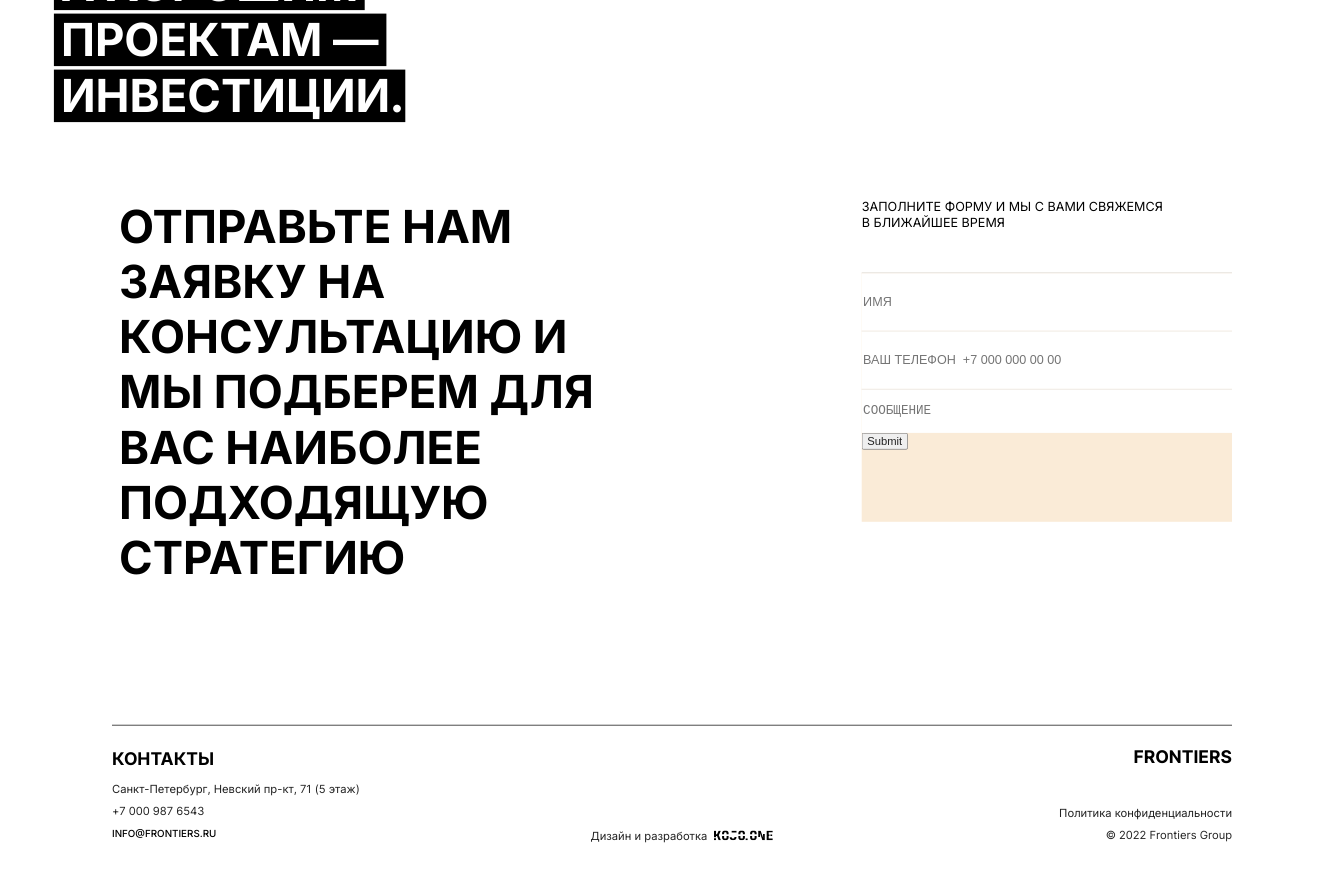
Repository: NadyaKorvin/frontiers
Page: /
An editor plug-in stored every save of this project. The page is shown before and after the next save, followed by the edit.
The browser window is 1280 px wide. The page is 1920 px wide, so the pictures cover 1920 px, including what lies to the right of the window. The pictures show the part of the page from y = 1379 to 2659 px (the page is 2665 px tall), at 70% of full size.
The project was rebuilt for these pictures with package versions that can differ from the ones it lists, and the page was loaded fresh each time.

Above is the page before, as saved 2022-05-23 17:59:01.

### public/index.html
<!DOCTYPE html>
<html lang="en">
  <head>
    <meta charset="utf-8" />
    <link rel="icon" href="%PUBLIC_URL%/favicon.ico" />
    <meta name="viewport" content="width=device-width, initial-scale=1" />
    <meta name="theme-color" content="#000000" />
    <meta name="description" content="Web site created using create-react-app" />
    <link rel="apple-touch-icon" href="%PUBLIC_URL%/logo192.png" />
    <link rel="manifest" href="%PUBLIC_URL%/manifest.json" />
    <link rel="preconnect" href="https://fonts.googleapis.com" />
    <link rel="preconnect" href="https://fonts.gstatic.com" crossorigin />
    <link href="https://fonts.googleapis.com/css2?family=Inter:wght@300;400;500;700&display=swap" rel="stylesheet" />
    <title>FRONTIERS</title>
  </head>
  <body>
    <noscript>You need to enable JavaScript to run this app.</noscript>
    <div id="root"></div>
  </body>
</html>

### src/index.js
import React from "react"
import ReactDOM from "react-dom/client"

import App from "./App"

const root = ReactDOM.createRoot(document.getElementById("root"))
root.render(
  <React.StrictMode>
    <App />
  </React.StrictMode>
)

### src/App.js
import { useState } from "react";
import "./App.css";
import { SecondScreenAnimation } from "./components/secondScreen/SecondScreenAnimation";
import FirstScreenAnimation from "./components/firstScreen/FirstScreenAnimation";
import LastScreenAnimation from "./components/lastScreen/LastScreenAnimation"

function App() {
  const [mousePosition, setMousePosition] = useState("");

  const listenUpperMousePosition = (event) => {
    console.log(event);
    console.log(event.target);
    setMousePosition(event.target);
  };

  return (
    <>
      <FirstScreenAnimation />
      <div className="App">
        <SecondScreenAnimation listenMousePosition={listenUpperMousePosition} />
      </div>
      <LastScreenAnimation />
    </>
  );
}
export default App;

### src/App.css
@import url("./reset.css");
@import url("./components/secondScreen/SecondScreen.css");
@import url("./font/font.css");

body {
  font-family: "Inter";
}

### src/components/secondScreen/SecondScreenAnimation.js
export function SecondScreenAnimation({ listenMousePosition, mousePosition }) {
  let goUp = ""
  const goUpBlackLines = (mousePosition) => {
    if (mousePosition === "animation__text_first_part") {
      goUp = "up"
      return goUp
    }
  }
  goUpBlackLines(mousePosition)
  console.log(goUp)
  return (
    <div className="animation__text_block">
      {goUp != "up" ? (
        <div>
          <div className="animation__text" onMouseOver={listenMousePosition}>
            <p className="animation__text_first_part">Инвесторам сложно найти хорошие проекты,</p>
            <p className="animation__text_second_part">а хорошим проектам — инвестиции.</p>
          </div>
          <div className="animation__black_lines">
            <div className="animation__1th_black_line"></div>
            <div className="animation__2th_black_line"></div>
            <div className="animation__3th_black_line"></div>
          </div>
        </div>
      ) : (
        <div>
          <div className="animation__text" onMouseOver={listenMousePosition}>
            <p className="animation__text_first_part" style={{ color: "#fff" }}>
              Инвесторам сложно найти хорошие проекты,
            </p>
            <p className="animation__text_second_part" style={{ color: "#000" }}>
              а хорошим проектам — инвестиции.
            </p>
          </div>
          <div className="animation__black_lines">
            <div className="animation__1th_black_line" style={{ width: "484px", marginTop: "-475px" }}></div>
            <div className="animation__2th_black_line" style={{ width: "586px" }}></div>
            <div className="animation__3th_black_line" style={{ width: "722px" }}></div>
          </div>
        </div>
      )}
    </div>
  )
}

### src/components/firstScreen/FirstScreenAnimation.js
import React from "react";
import style from "./FirstScreen.module.css";
import image from "../../images/image.webp";

export default function FirstScreenAnimation() {
  const pointer = (
    <svg
      width="8"
      height="101"
      viewBox="0 0 8 101"
      fill="none"
      xmlns="http://www.w3.org/2000/svg"
    >
      <path
        d="M4.35355 100.356C4.15829 100.551 3.84171 100.551 3.64645 100.356L0.464466 97.1735C0.269204 96.9783 0.269204 96.6617 0.464466 96.4664C0.659728 96.2712 0.976311 96.2712 1.17157 96.4664L4 99.2948L6.82843 96.4664C7.02369 96.2712 7.34027 96.2712 7.53553 96.4664C7.7308 96.6617 7.7308 96.9783 7.53553 97.1735L4.35355 100.356ZM3.5 100.002L3.5 0.00195312H4.5L4.5 100.002H3.5Z"
        fill="black"
      />
    </svg>
  );

  return (
    <>
      <section className={style.first__screen}>
        <header className={style.header}>
          <div className={style.logotype}>FRONTIERS</div>
          <nav className={style.nav__sidebar}>
            <ul>Агенство</ul>
            <ul>Кейсы</ul>
            <ul>Услуги</ul>
            <ul>Контакты</ul>
          </nav>
          <div className={style.button}>
            <p className={style.text__btn}>Получить консультацию</p>
          </div>
        </header>
        <div className={style.content}>
          <p>ИНВЕСТИЦИИ</p>
          <p>НЕ</p>
          <p>СЛОЖНО</p>
          <p>
            Мы помогли заработать более 50 млн рублей частным инвесторам в 2021
            году на вложениях в российский бизнес
          </p>
          <p>ПРОКРУТИ ВНИЗ</p>
          <div className={style.content__pointer}>{pointer}</div>
          <img src={image} alt="" />
        </div>
      </section>
    </>
  );
}

### src/components/lastScreen/LastScreenAnimation.js
import React from "react";
import style from "./LastScreen.module.css";
import Form from "./Form"
import Kojo from "../../images/Kojo"

export default function LastScreenAnimation() {
  return (
    <>
      <section className={style.last__screen}>
        <div className={style.wrapper}>
          <div className={style.left__content}>
            <p>
              ОТПРАВЬТЕ НАМ ЗАЯВКУ НА КОНСУЛЬТАЦИЮ И МЫ ПОДБЕРЕМ ДЛЯ ВАС
              НАИБОЛЕЕ ПОДХОДЯЩУЮ СТРАТЕГИЮ
            </p>
          </div>
          <div className={style.right__content}>
            <div className={style.text__form}>
              <p>ЗАПОЛНИТЕ ФОРМУ И МЫ С ВАМИ СВЯЖЕМСЯ В БЛИЖАЙШЕЕ ВРЕМЯ</p>
            </div>
            <Form />
          </div>
        </div>
        <footer className={style.footer}>
          <div className={style.contact}>
            <p>КОНТАКТЫ</p>
            <p>Санкт-Петербург, Невский пр-кт, 71 (5 этаж)</p>
            <p>+7 000 987 6543</p>
            <p><a href="mailto:info@frontiers.ru" ></a>info@frontiers.ru</p>
          </div>
          <div className={style.design}>
            <p>Дизайн и разработка</p>
            <Kojo />
          </div>
          <div className={style.frontiers}>
            <p>FRONTIERS</p>
            <p>Политика конфиденциальности</p>
            <p>© 2022 Frontiers Group</p>
          </div>
        </footer>
      </section>
    </>
  );
}

### src/reset.css
html,
body,
div,
span,
applet,
object,
iframe,
h1,
h2,
h3,
h4,
h5,
h6,
p,
blockquote,
pre,
a,
abbr,
acronym,
address,
big,
cite,
code,
del,
dfn,
em,
img,
ins,
kbd,
q,
s,
samp,
small,
strike,
strong,
sub,
sup,
tt,
var,
b,
u,
i,
center,
dl,
dt,
dd,
ol,
ul,
li,
fieldset,
form,
label,
legend,
table,
caption,
tbody,
tfoot,
thead,
tr,
th,
td,
article,
aside,
canvas,
details,
embed,
figure,
figcaption,
footer,
header,
hgroup,
menu,
nav,
output,
ruby,
section,
summary,
time,
mark,
audio,
video {
  margin: 0;
  padding: 0;
  border: 0;
  font-size: 100%;
  font: inherit;
  vertical-align: baseline;
}

:focus {
  outline: 0;
}

article,
aside,
details,
figcaption,
figure,
footer,
header,
hgroup,
menu,
nav,
section {
  display: block;
}

body {
  line-height: 1;
}

ol,
ul {
  list-style: none;
}

blockquote,
q {
  quotes: none;
}

blockquote:before,
blockquote:after,
q:before,
q:after {
  content: "";
  content: none;
}

table {
  border-collapse: collapse;
  border-spacing: 0;
}

input[type="search"]::-webkit-search-cancel-button,
input[type="search"]::-webkit-search-decoration,
input[type="search"]::-webkit-search-results-button,
input[type="search"]::-webkit-search-results-decoration {
  -webkit-appearance: none;
  -moz-appearance: none;
}

input[type="search"] {
  -webkit-appearance: none;
  -moz-appearance: none;
  -webkit-box-sizing: content-box;
  -moz-box-sizing: content-box;
  box-sizing: content-box;
}

textarea {
  overflow: auto;
  vertical-align: top;
  resize: vertical;
}

[hidden] {
  display: none;
}

html {
  font-size: 100%; /* 1 */
  -webkit-text-size-adjust: 100%; /* 2 */
  -ms-text-size-adjust: 100%; /* 2 */
}

a:focus {
  outline: thin dotted;
}

a:active,
a:hover {
  outline: 0;
}

img {
  border: 0;
  -ms-interpolation-mode: bicubic;
}

figure {
  margin: 0;
}

form {
  margin: 0;
}

fieldset {
  border: 1px solid #c0c0c0;
  margin: 0 2px;
  padding: 0.35em 0.625em 0.75em;
}

legend {
  border: 0; /* 1 */
  padding: 0;
  white-space: normal; /* 2 */
  *margin-left: -7px; /* 3 */
}

button,
input,
select,
textarea {
  font-size: 100%; /* 1 */
  margin: 0; /* 2 */
  vertical-align: baseline; /* 3 */
  *vertical-align: middle; /* 3 */
}

button,
input {
  line-height: normal;
}

button,
select {
  text-transform: none;
}

button,
html input[type="button"], /* 1 */
input[type="reset"],
input[type="submit"] {
  -webkit-appearance: button; /* 2 */
  cursor: pointer; /* 3 */
  *overflow: visible; /* 4 */
}

button[disabled],
html input[disabled] {
  cursor: default;
}

input[type="checkbox"],
input[type="radio"] {
  box-sizing: border-box; /* 1 */
  padding: 0; /* 2 */
  *height: 13px; /* 3 */
  *width: 13px; /* 3 */
}

input[type="search"] {
  -webkit-appearance: textfield; /* 1 */
  -moz-box-sizing: content-box;
  -webkit-box-sizing: content-box; /* 2 */
  box-sizing: content-box;
}

input[type="search"]::-webkit-search-cancel-button,
input[type="search"]::-webkit-search-decoration {
  -webkit-appearance: none;
}

button::-moz-focus-inner,
input::-moz-focus-inner {
  border: 0;
  padding: 0;
}

textarea {
  overflow: auto; /* 1 */
  vertical-align: top; /* 2 */
}

table {
  border-collapse: collapse;
  border-spacing: 0;
}

html,
button,
input,
select,
textarea {
  color: #222;
}

::-moz-selection {
  background: #b3d4fc;
  text-shadow: none;
}

::selection {
  background: #b3d4fc;
  text-shadow: none;
}

img {
  vertical-align: middle;
}

fieldset {
  border: 0;
  margin: 0;
  padding: 0;
}

textarea {
  resize: vertical;
}

.chromeframe {
  margin: 0.2em 0;
  background: #ccc;
  color: #000;
  padding: 0.2em 0;
}

### src/components/secondScreen/SecondScreen.css
.second__screen_main {
  display: flex;
  justify-content: space-between;
  margin: 0 auto;
  margin-top: 174px;
  /* придкмать решение сделать по центру*/
  display: flex;
  width: 1600px;
  height: 733px;
}

.animation__text_block {
  display: block;
  margin-left: 87px;
}

.animation__text_first_part,
.animation__text_second_part {
  width: 770px;
  text-transform: uppercase;
  font-size: 65px;
  font-weight: 700;
  line-height: 79px;
  transition: 0.6s ease-out;
}

.animation__text_second_part {
  color: #fff;
}

.animation__black_lines {
  margin-left: -10px;
  margin-top: -236px;
}

.animation__1th_black_line {
  margin-bottom: 5px;
  height: 75px;
  width: 444px;
  background-color: #000;
  transition: 0.6s ease-out;
}

.animation__2th_black_line {
  margin-bottom: 5px;
  height: 75px;
  width: 475px;
  background-color: #000;
  transition: 0.6s ease-out;
}
.animation__3th_black_line {
  height: 75px;
  width: 502px;
  background-color: #000;
  transition: 0.6s ease-out;
}

.right__part {
  display: flex;
  margin-left: 190px;
  flex-direction: column;
}

.conversation__image {
  margin-right: 222px;
  display: block;
  width: 400px;
  height: 400px;
  background: url("../secondScreen/people.png");
}

.decoration_marks {
  margin-top: -110px;
  transform: rotate(-180deg);
  font-size: 200px;
  font-weight: 300;
}

.text_paragraph {
  margin-left: 90px;
  width: 431px;
  font-size: 18px;
  font-weight: 400;
  line-height: 23px;
  text-transform: uppercase;
  line-height: 130%;
}

### src/font/font.css
@font-face {
  font-family: "Inter";
  src:
    url("./Inter-Bold.ttf") format("truetype")
    url("./Inter-Bold.woff2") format("woff2"),
    url("./Inter-Bold.woff") format("woff");
  font-weight: 700;
  font-style: normal;
  font-stretch: normal;
  unicode-range: U+0020-E0D0;
}

@font-face {
  font-family: "Inter";
  src:
    url("./Inter-Regular.woff2") format("woff2"),
    url("./Inter-Regular.ttf") format("truetype")
    url("./Inter-Regular.woff") format("woff");
  font-weight: 400;
  font-style: normal;
  font-stretch: normal;
  unicode-range: U+0020-E0D0;
}

@font-face {
    font-family:'Inter Medium';
    src:
        url("./Inter-Medium.ttf") format("truetype")
        url('Inter-Medium.woff2') format('woff2'),
		url('Inter-Medium.woff') format('woff');
    font-weight: 500;
    font-style: normal;
    font-stretch: normal;
    unicode-range: U+0020-E0D0;
}

@font-face {
    font-family:'Inter Light';
    src:
        url("./Inter-Light.ttf") format("truetype")
        url('Inter-Light.woff2') format('woff2'),
		url('Inter-Light.woff') format('woff');
    font-weight: 300;
    font-style: normal;
    font-stretch: normal;
    unicode-range: U+0020-E0D0;
}

### src/components/firstScreen/FirstScreen.module.css
.first__screen {
  width: 1920px;
  height: 1080px;
}

.header {
  width: 1600px;
  height: 82px;
  margin: 0 160px;
  border-bottom: 1px solid #000000;
  display: flex;
}

.logotype {
  width: 151px;
  height: 30px;
  padding-top: 27px;
  font-family: "Inter";
  font-style: normal;
  font-weight: 700;
  font-size: 25px;
  line-height: 30px;
  letter-spacing: 0.05em;
  color: #000000;
}

.nav__sidebar {
  display: flex;
  justify-content: space-between;
  width: 473px;
  padding-top: 33px;
  padding-left: 633px;
}

.button {
  position: absolute;
  width: 243px;
  height: 45px;
  left: 1517px;
  top: 19px;
  background: #000000;
}

.text__btn {
  padding-top: 12px;
  padding-bottom: 12px;
  font-family: "Inter";
  font-style: normal;
  font-weight: 500;
  font-size: 16px;
  line-height: 19px;
  text-align: center;
  color: #ffffff;
}

.content > p {
  position: absolute;
  font-family: "Inter";
  font-style: normal;
  font-weight: 400;
  font-size: 160px;
  line-height: 194px;
  text-transform: uppercase;
  color: #000000;
}

p:nth-child(1) {
  top: 83px;
  left: 160px;
}

p:nth-child(2) {
  top: 285px;
  left: 1449px;
}

p:nth-child(3) {
  top: 461px;
  left: 568px;
}

p:nth-child(4) {
  width: 265px;
  height: 90px;
  top: 118px;
  left: 1464px;
  box-sizing: content-box;
  font-family: "Inter";
  font-style: normal;
  font-weight: 500;
  font-size: 14px;
  line-height: 130%;
  text-transform: uppercase;
  color: #000000;
}

p:nth-child(5) {
  position: absolute;
  width: 130px;
  height: 17px;
  left: 104px;
  top: 865px;
  font-family: "Inter";
  font-style: normal;
  font-weight: 500;
  font-size: 14px;
  line-height: 17px;
  letter-spacing: 0.05em;
  color: #000000;
  transform: rotate(-90deg);
}

.content__pointer {
    position: absolute;
    top: 876px;
    left: 187px;
}

img {
  position: absolute;
  top: 714px;
  left: 568px;
  width: 1352px;
  height: 366px;
}

### src/components/lastScreen/LastScreen.module.css
.last__screen {
  width: 1920px;
  height: 1080px;
}

.wrapper {
  position: relative;
  top: 109px;
  left: 170px;
  display: flex;
  justify-content: space-between;
  width: 1590px;
  height: 553px;
}

.left__content {
  position: relative;
  width: 775px;
  height: 553px;
  box-sizing: border-box;
  font-family: "Inter";
  font-style: normal;
  font-weight: 700;
  font-size: 65px;
  line-height: 79px;
  text-transform: uppercase;
  color: #000000;
}

.right__content {
  position: relative;
  width: 529px;
  height: 553px;
}

.text__form {
  width: 529px;
  height: 46px;
  left: 1231px;
  top: 4438px;
  font-family: "Inter";
  font-style: normal;
  font-weight: 400;
  font-size: 18px;
  line-height: 130%;
  text-transform: uppercase;
  color: #000000;
}

.footer {
  position: relative;
  margin: 308px 160px 0;
  width: 1600px;
  border-top: 1px solid #000000;
  bottom: 0px;
  display: flex;
  justify-content: space-between;
}

.contact {
  width: 357px;
}

.contact > p:nth-child(1) {
  padding: 33px 0 20px;
  font-family: "Inter";
  font-style: normal;
  font-weight: 700;
  font-size: 25px;
  line-height: 30px;
  color: #000000;
}

.contact > p:nth-child(2),
.contact > p:nth-child(3),
.contact > p:nth-child(4) {
  padding-bottom: 15px;
}

.design {
  padding-top: 150px;
  width: 260px;
  display: flex;
  margin-left: -80px;
  justify-content: space-between;
}

.frontiers {
  width: 250px;
  text-align: end;
}

.frontiers > p:nth-child(1) {
    padding: 30px 0 57px;
    font-family: "Inter";
    font-style: normal;
    font-weight: 700;
    font-size: 25px;
    line-height: 30px;
    color: #000000;
  }

.frontiers > p:nth-child(2),
.frontiers > p:nth-child(3) {
    padding-bottom: 15px;
}

### src/components/lastScreen/Form.js
import React, { useState, useRef } from "react";
import { useForm } from "react-hook-form";
import style from "./Form.module.css";

export default function Form() {
  const {
    register,
    formState: { errors, isValid },
    handleSubmit,
    reset,
  } = useForm({
    mode: "onBlur",
  });

  const onSubmit = (data) => {
    alert(JSON.stringify(data));
  };

  return (
    <form
      name="form"
      id="form"
      className={style.form}
      onSubmit={handleSubmit(onSubmit)}
    >
      <input
        name="name"
        {...register("name", {
          required: "Это поле обязательно",
          minLength: {
            value: 2,
            message: "Минимум 2 символа",
          },
          maxLength: {
            value: 50,
            message: "Максимум 50 символов",
          },
        })}
        id="name"
        className={style.input}
        placeholder="Имя"
      />
      <div>
        {errors?.name && (
          <p className={style.focus}>{errors?.name?.message || "Error!"}</p>
        )}
      </div>
      <div className={style.borders} />
      <input
        name="phone"
        {...register("phone", {
          required: "Это поле обязательно",
          pattern: {
            value: /^\+?7(\d{10})$/,
            message: "Введите в формате +7 000 000 00 00",
          },
        })}
        id="phone"
        className={style.input}
        type="tel"
        placeholder="Ваш Телефон  +7 000 000 00 00"
      />
      <div>
        {errors?.phone && (
          <p className={style.focus}>{errors?.phone?.message || "Error!"}</p>
        )}
      </div>
      <div className={style.borders} />
          <textarea
            name="message"
            {...register("message", {
              required: "Это поле обязательно",
              minLength: {
                value: 10,
                message: "Минимум 10 символов",
              },
              maxLength: {
                value: 500,
                message: "Максимум 500 символов",
              },
            })}
            id="message"
            className={style.textarea}
            placeholder="Сообщение"
          />
      <input type="submit" />
    </form>
  );
}

### src/components/lastScreen/Form.module.css
.form {
    margin-top: 60px;
    width: 529px;
    height: 355px;
    border-top: 1px solid #D1D1D1;
    background-color: antiquewhite;
}

.input,
  .textarea {
    width: 529px;
    height: 80px;
    border: 0;
    outline: none;
    font-size: 18px;
    color: #000000;
    text-transform: uppercase;
  }

  .textarea {
    height: 8vh;
    line-height: 8vh;
    overflow: hidden;
    resize: none;
  }

  .borders {
      border-bottom: 1px solid #D1D1D1;
  }

Loaded but not shown: src/images/Kojo.js (76 lines, source omitted)

After the next save:
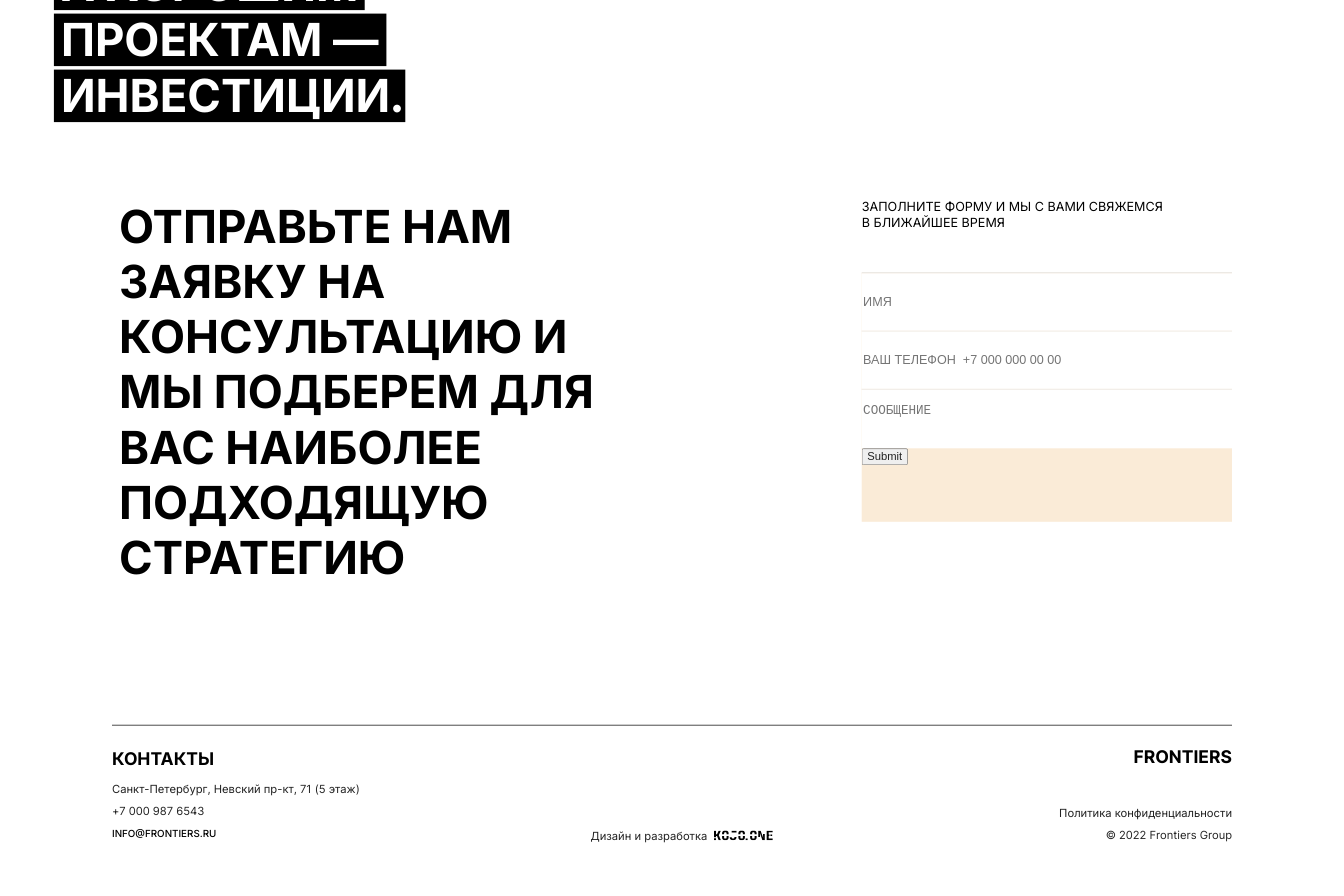
Saved 19 s later.
--- a/src/components/lastScreen/Form.module.css
+++ b/src/components/lastScreen/Form.module.css
@@ -18,7 +18,7 @@
   }
 
   .textarea {
-    height: 8vh;
+    height: 80px;
     line-height: 8vh;
     overflow: hidden;
     resize: none;
